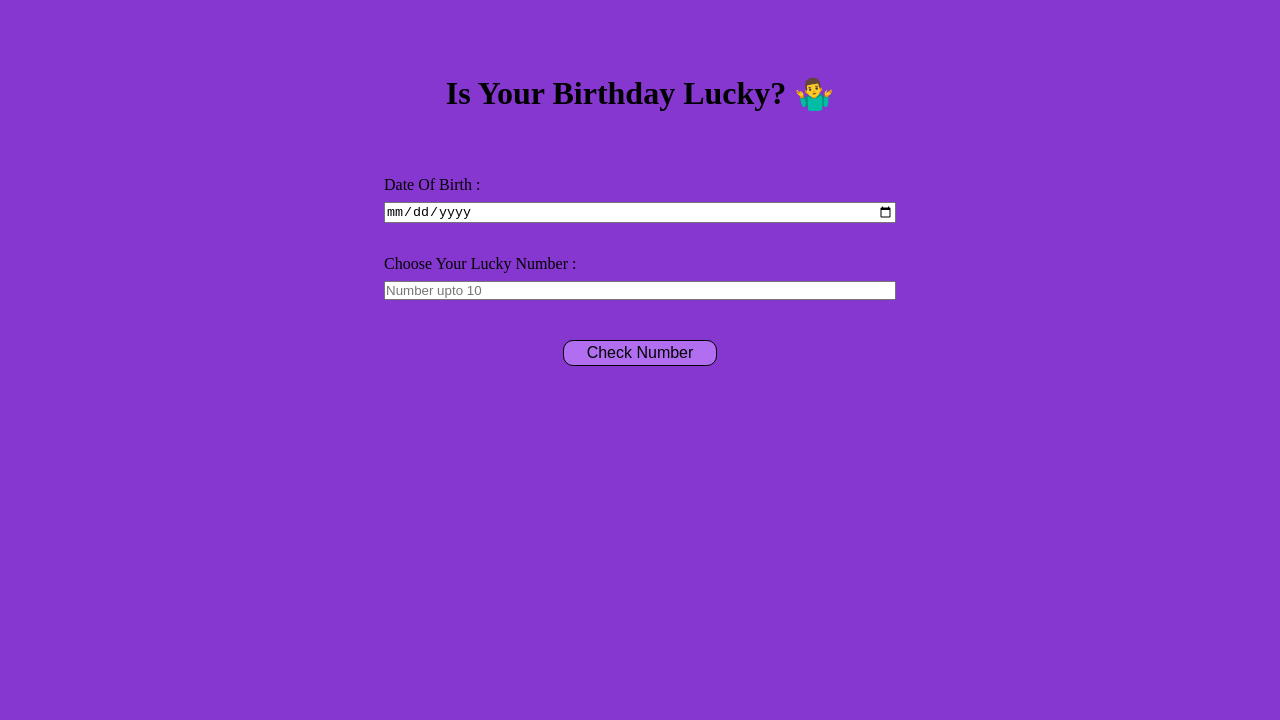
Repository: patelamancode/Lucky-Birthday-App
Page: index.html
These files come from the project's save history. The page is drawn as it stood at one moment and after the next save; the edit follows.
The browser window is 1280 px wide. The pictures show the whole page.

Above is the page before, as saved 2022-11-23 15:11:02.

After the next save:
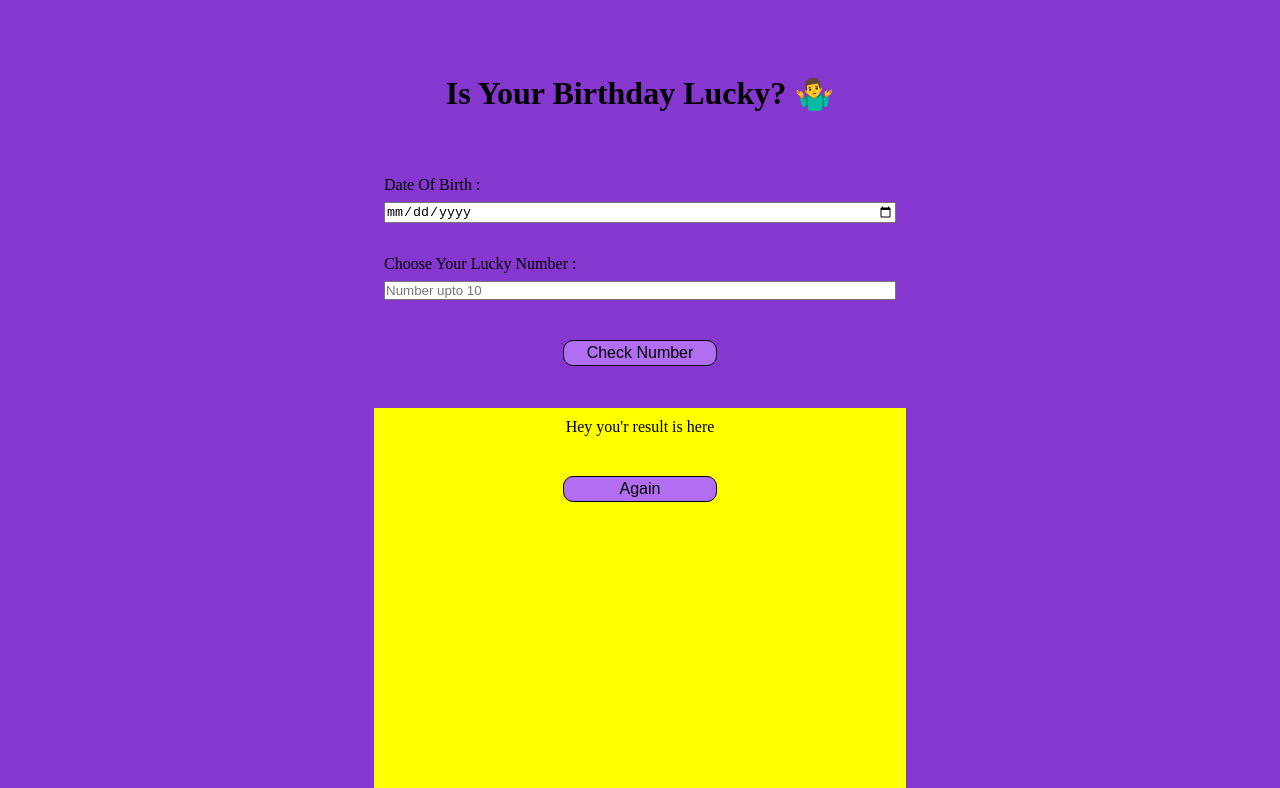
Saved 74 s later.
--- a/index.css
+++ b/index.css
@@ -41,9 +41,9 @@
     border-radius: 10px;
  }
 
-
+/* change in display to flex from none */
  #graphic-container{
-    display: none;
+    display: flex;
     flex-direction: column;
     width: 40vw;
     height: 50vh;
